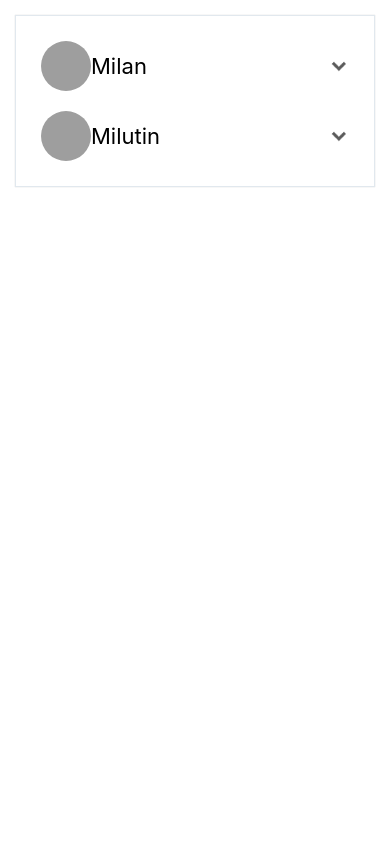
Repository: likanbl/intern-feature
Screen: /
These files come from the project's save history. The screen is drawn as it stood at one moment and after the next save; the edit follows.
Pictures or frames that could not be fetched are drawn as grey boxes. The app was drawn by React Native's web renderer in a window 390 px wide. The project was rebuilt for these pictures with package versions that can differ from the ones it lists, and the page was loaded fresh each time.

Above is the screen before, as saved 2019-09-13 11:17:48.

After the next save:
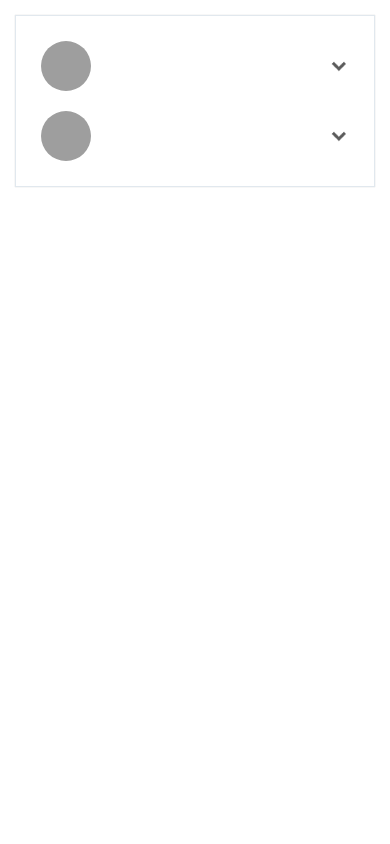
Saved 40 s later.
--- a/src/components/home/Home.js
+++ b/src/components/home/Home.js
@@ -3,9 +3,27 @@ import {View, FlatList, Text, StyleSheet} from 'react-native';
 import {Card} from 'react-native-elements';
 import {HomeItem} from './HomeItem';
 
-const data = [
-  {title: 'Milan', description: 'Description', id: '231214'},
-  {title: 'Milutin', description: 'Description ', id: '2131321'},
+const Data = [
+  {
+    Name: 'Milan Milanovic',
+    role: 'Software Engineer',
+    more: {
+      linkedIn: 'https://www.linkedin.com/feed/',
+      skills: 'JavaScript, React Native',
+      additionalInfo:
+        'Lorem ipsum dolor sit amet, consectetur adipiscing elit, sed do eiusmod tempor incididunt ut labore et dolore magna aliqua.',
+    },
+  },
+  {
+    Name: 'Marko Markovic',
+    role: 'Software Engineer',
+    more: {
+      linkedIn: 'https://www.linkedin.com/feed/',
+      skills: 'Python, Machine Learning',
+      additionalInfo:
+        'Lorem ipsum dolor sit amet, consectetur adipiscing elit, sed do eiusmod tempor incididunt ut labore et dolore magna aliqua.',
+    },
+  },
 ];
 export default class Home extends Component {
   renderItem = ({item}) => <HomeItem item={item} />;
@@ -15,9 +33,9 @@ export default class Home extends Component {
       <Card>
         <View style={StyleSheet.container}>
           <FlatList
-            data={data}
+            data={Data}
             renderItem={this.renderItem}
-            keyExtractor={data.id}
+            keyExtractor={Data.id}
           />
         </View>
       </Card>
